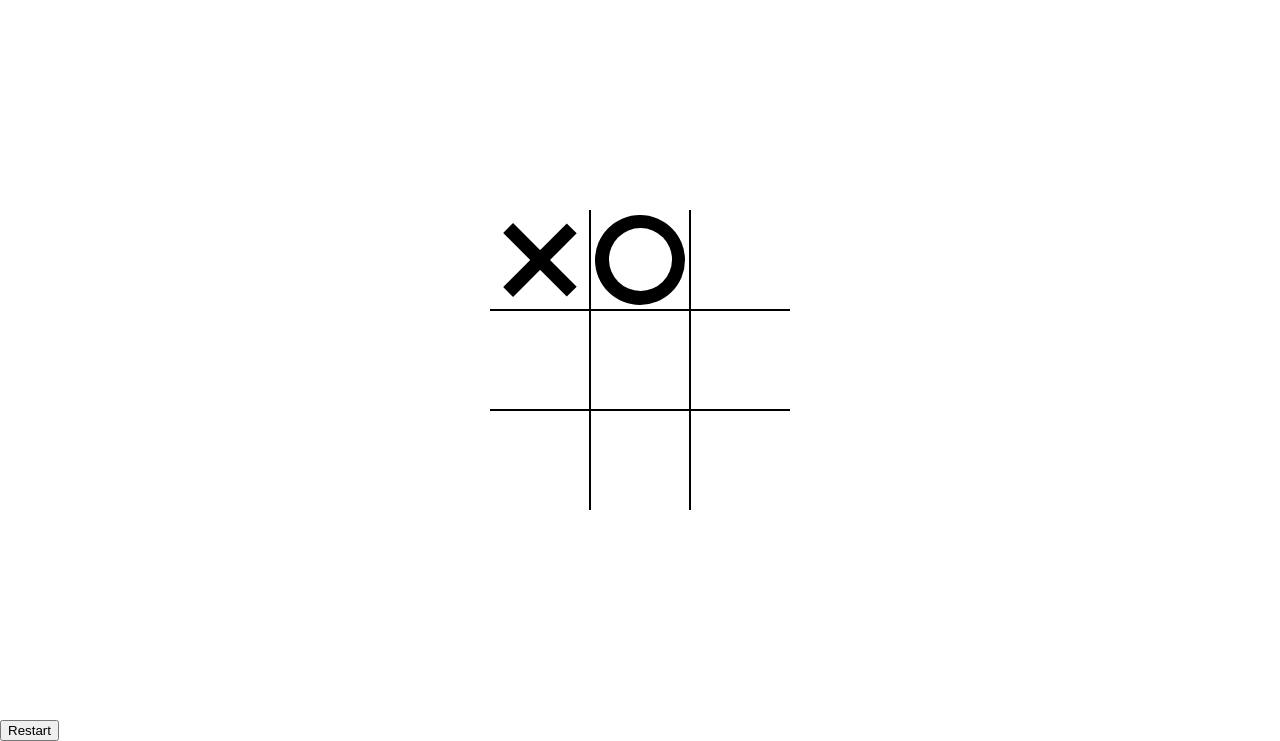
Repository: kate30980/pratice-tictactoe
Page: index.html
The author's editor kept a copy of each file at every save. The page is drawn from the files as they stood at one save, then again after the next save.
The browser window is 1280 px wide. The pictures show the whole page.

Above is the page before, as saved 2021-08-05 22:30:28.
Not found: script.js

After the next save:
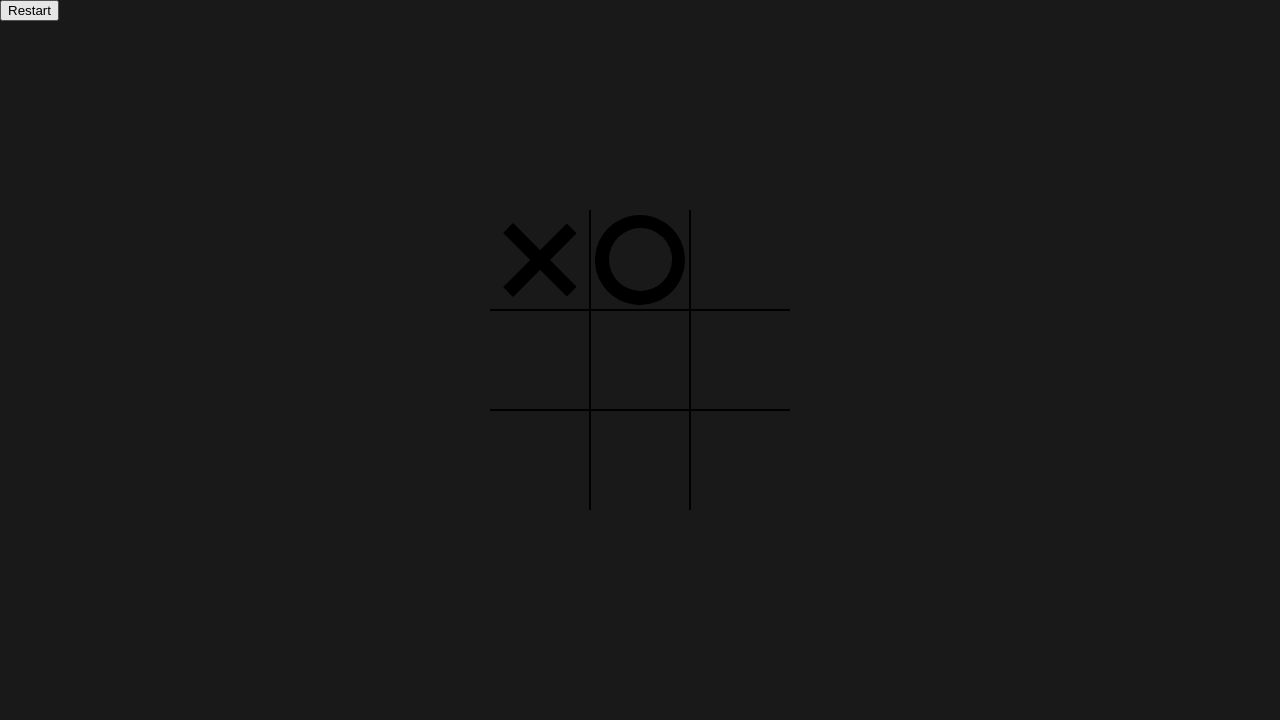
Saved 77 s later.
--- a/styles.css
+++ b/styles.css
@@ -104,3 +104,12 @@ body {
   height: calc(var(--mark-size) * 0.7);
   background-color: white;
 }
+
+.winning-message {
+  position: fixed;
+  top: 0;
+  left: 0;
+  right: 0;
+  bottom: 0;
+  background-color: rgba(0, 0, 0, 0.9);
+}
